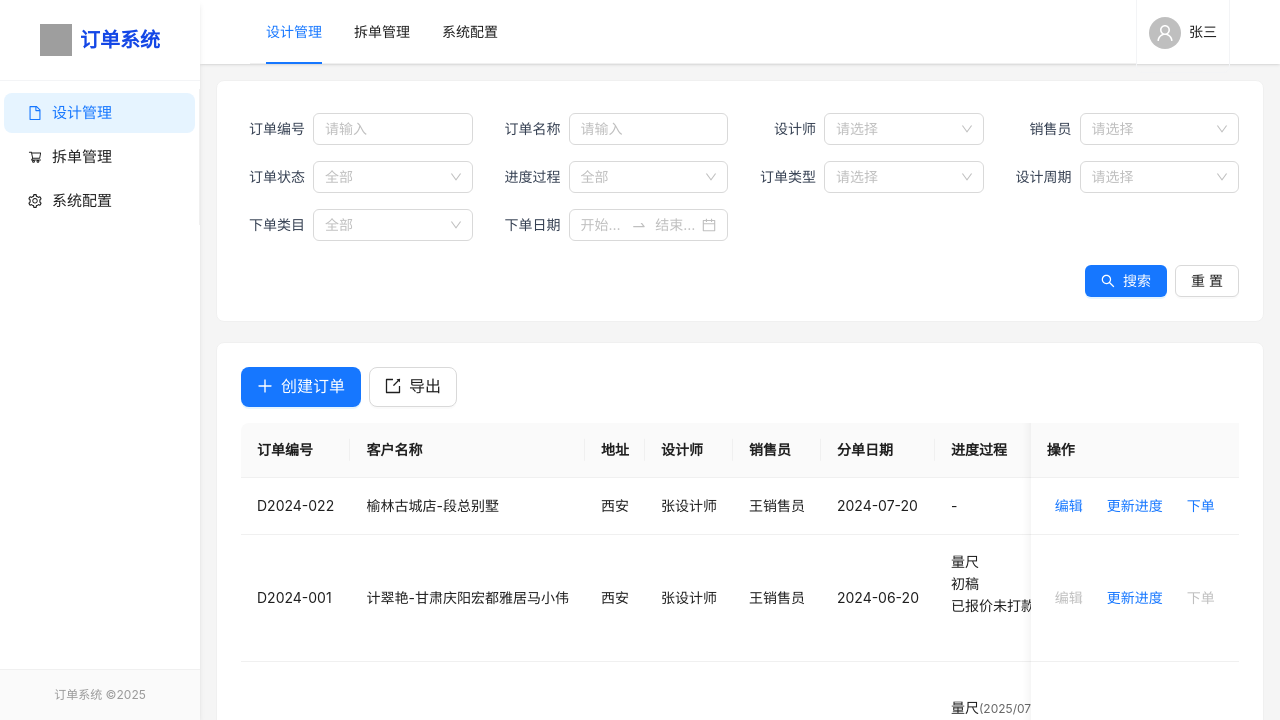
Repository: Garyxiwang/order_system
Page: /design (app in front/)
An editor plug-in stored every save of this project. The page is shown before and after the next save, followed by the edit.
The browser window is 1280 px wide. The pictures show the whole page.
Pictures or frames that could not be fetched are drawn as grey boxes. An inner scrolling area shows only its first screen. The project was rebuilt for these pictures with package versions that can differ from the ones it lists, and the page was loaded fresh each time. The framework's server and built-in components were replaced by stand-ins that run in the browser. Also part of the build but not shown: front/next.config.js, front/next.config.ts.

Above is the page before, as saved 2025-08-07 15:09:03.

After the next save:
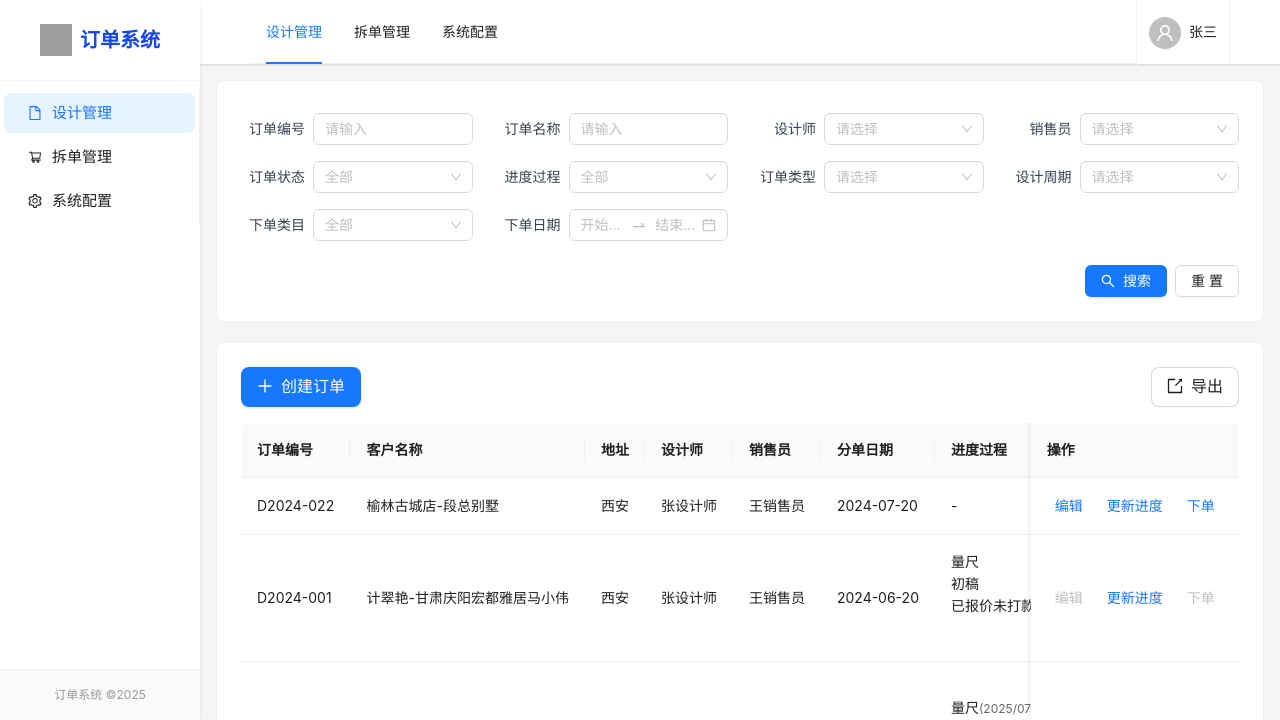
Saved 90 s later.
--- a/front/src/app/design/page.tsx
+++ b/front/src/app/design/page.tsx
@@ -605,24 +605,22 @@ const DesignPage: React.FC = () => {
       <Card variant="outlined">
         {/* 新增按钮 */}
         <div className="flex justify-between items-center mb-4">
-          <Space>
-            <Button
-              type="primary"
-              icon={<PlusOutlined />}
-              size="large"
-              className="bg-blue-600 hover:bg-blue-700"
-              onClick={showModal}
-            >
-              创建订单
-            </Button>
-            <Button
-              icon={<ExportOutlined />}
-              size="large"
-              className="border-gray-300 hover:border-blue-500"
-            >
-              导出
-            </Button>
-          </Space>
+          <Button
+            type="primary"
+            icon={<PlusOutlined />}
+            size="large"
+            className="bg-blue-600 hover:bg-blue-700"
+            onClick={showModal}
+          >
+            创建订单
+          </Button>
+          <Button
+            icon={<ExportOutlined />}
+            size="large"
+            className="border-gray-300 hover:border-blue-500"
+          >
+            导出
+          </Button>
         </div>
 
         {/* 表格区域 */}
